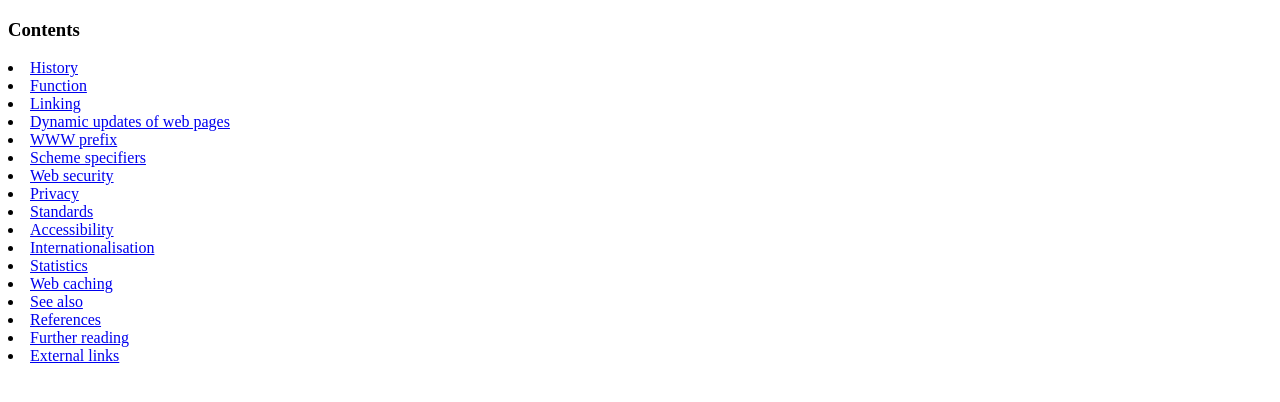
Repository: guchengjie/Frontend-01-Template
Page: week09/html.html
The author's editor kept a copy of each file at every save. The page is drawn from the files as they stood at one save, then again after the next save.
The browser window is 1280 px wide. The pictures show the whole page.

Above is the page before, as saved 2020-06-06 20:11:32.

### week09/html.html
<!DOCTYPE html>
<html lang="en">
<head>
  <meta charset="UTF-8">
  <meta name="viewport" content="width=device-width, initial-scale=1.0">
  <title>Document</title>
</head>
<body>
  <nav>
  <h3>Contents</h3>
  <li><a href="#"> History</a></li>
  <li><a href="#"> Function</a></li>
  <li><a href="#"> Linking</a></li>
  <li><a href="#"> Dynamic updates of web pages</a></li>
  <li><a href="#"> WWW prefix</a></li>
  <li><a href="#"> Scheme specifiers</a></li>
  <li><a href="#"> Web security</a></li>
  <li><a href="#"> Privacy</a></li>
  <li><a href="#"> Standards</a></li>
  <li><a href="#"> Accessibility</a></li>
  <li><a href="#"> Internationalisation</a></li>
  <li><a href="#"> Statistics</a></li>
  <li><a href="#"> Web caching</a></li>
  <li><a href="#"> See also</a></li>
  <li><a href="#"> References</a></li>
  <li><a href="#"> Further reading</a></li>
  <li><a href="#"> External links</a></li>
  </nav>
</body>
</html>

After the next save:
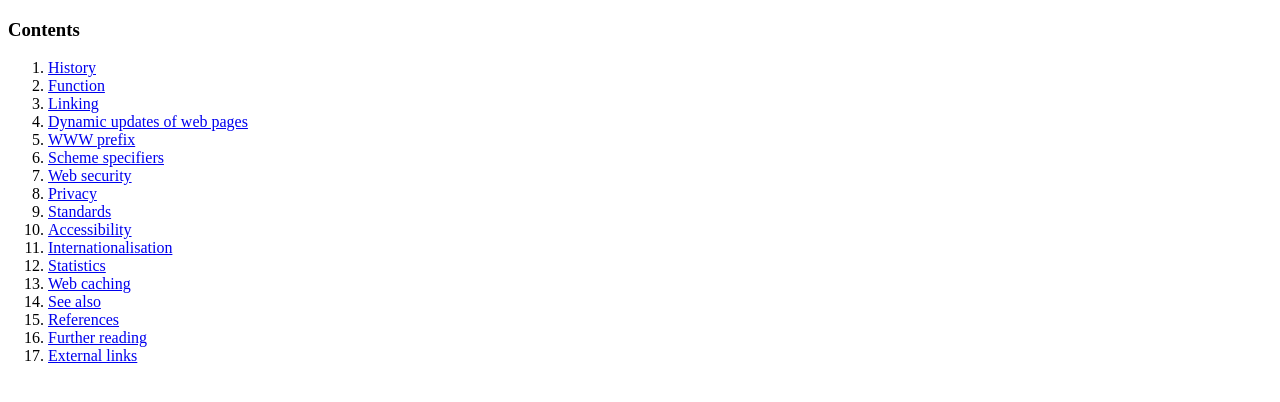
Saved 18 s later.
--- a/week09/html.html
+++ b/week09/html.html
@@ -1,30 +1,35 @@
 <!DOCTYPE html>
 <html lang="en">
+
 <head>
   <meta charset="UTF-8">
   <meta name="viewport" content="width=device-width, initial-scale=1.0">
   <title>Document</title>
 </head>
+
 <body>
   <nav>
-  <h3>Contents</h3>
-  <li><a href="#"> History</a></li>
-  <li><a href="#"> Function</a></li>
-  <li><a href="#"> Linking</a></li>
-  <li><a href="#"> Dynamic updates of web pages</a></li>
-  <li><a href="#"> WWW prefix</a></li>
-  <li><a href="#"> Scheme specifiers</a></li>
-  <li><a href="#"> Web security</a></li>
-  <li><a href="#"> Privacy</a></li>
-  <li><a href="#"> Standards</a></li>
-  <li><a href="#"> Accessibility</a></li>
-  <li><a href="#"> Internationalisation</a></li>
-  <li><a href="#"> Statistics</a></li>
-  <li><a href="#"> Web caching</a></li>
-  <li><a href="#"> See also</a></li>
-  <li><a href="#"> References</a></li>
-  <li><a href="#"> Further reading</a></li>
-  <li><a href="#"> External links</a></li>
+    <h3>Contents</h3>
+    <ol>
+      <li><a href="#"> History</a></li>
+      <li><a href="#"> Function</a></li>
+      <li><a href="#"> Linking</a></li>
+      <li><a href="#"> Dynamic updates of web pages</a></li>
+      <li><a href="#"> WWW prefix</a></li>
+      <li><a href="#"> Scheme specifiers</a></li>
+      <li><a href="#"> Web security</a></li>
+      <li><a href="#"> Privacy</a></li>
+      <li><a href="#"> Standards</a></li>
+      <li><a href="#"> Accessibility</a></li>
+      <li><a href="#"> Internationalisation</a></li>
+      <li><a href="#"> Statistics</a></li>
+      <li><a href="#"> Web caching</a></li>
+      <li><a href="#"> See also</a></li>
+      <li><a href="#"> References</a></li>
+      <li><a href="#"> Further reading</a></li>
+      <li><a href="#"> External links</a></li>
+    </ol>
   </nav>
 </body>
+
 </html>
